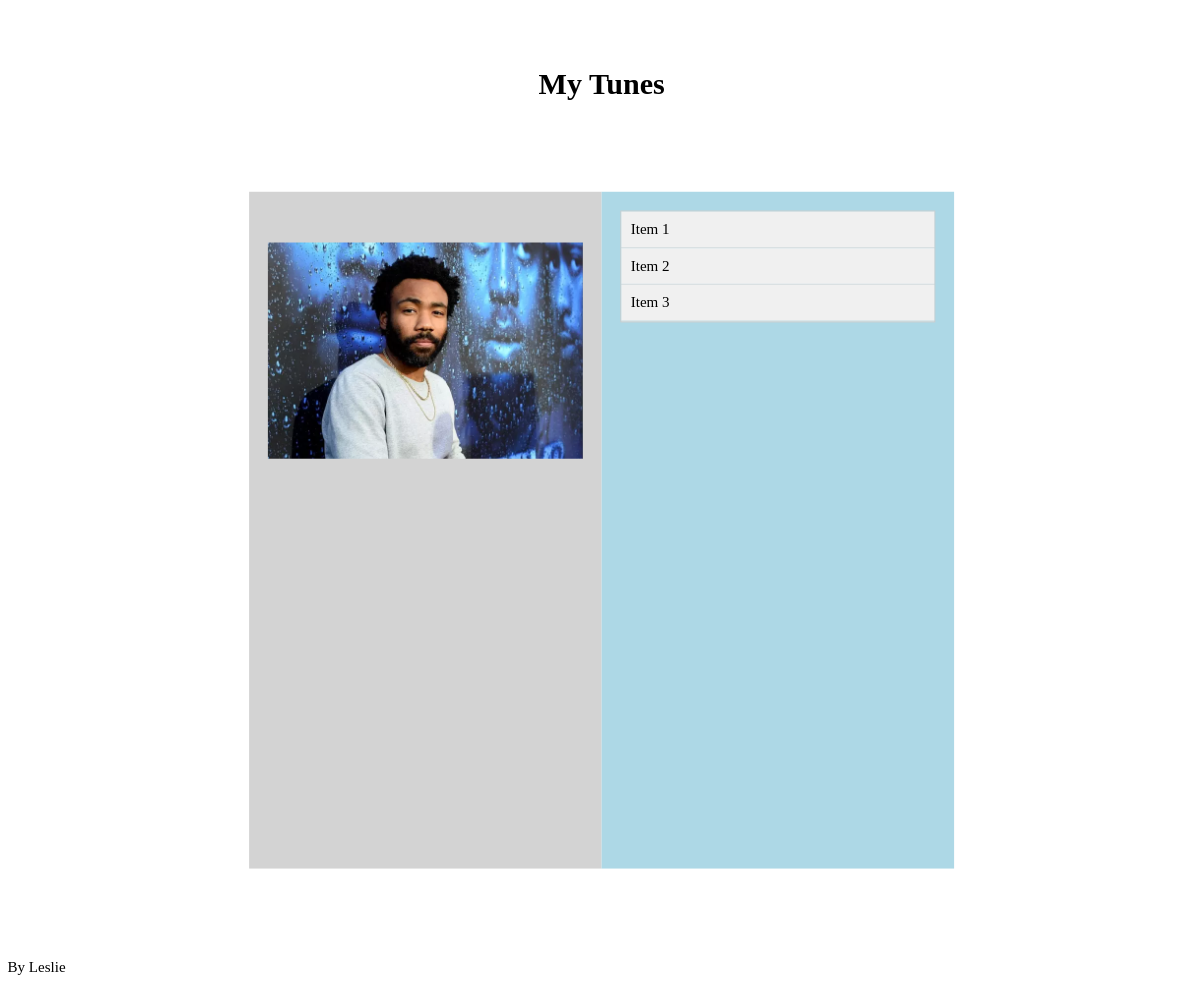
Repository: leslie179/labOne
Page: /
These files come from the project's save history. The page is drawn as it stood at one moment and after the next save; the edit follows.
The browser window is 1280 px wide. The pictures show the whole page, at 94% of full size.
The project was rebuilt for these pictures with package versions that can differ from the ones it lists, and the page was loaded fresh each time. The framework's server and built-in components were replaced by stand-ins that run in the browser. Also part of the build but not shown: next.config.js, components/Footer/Footer.module.css.

Above is the page before, as saved 2024-09-15 21:48:24.

### pages/index.js
import Head from 'next/head'
import styles from '@/styles/Home.module.css'
import Footer from '@/components/Footer'
import Header from '@/components/Header'
import LeftComponent from '@/components/LeftComponent'
import RightComponent from '@/components/RightComponent'

export default function Home() {
  return (
    <>
      <Head>
        <title>Create Next App</title>
        <meta name="description" content="Generated by create next app" />
        <meta name="viewport" content="width=device-width, initial-scale=1" />
        <link rel="icon" href="/favicon.ico" />
      </Head>
      <Header/>
      <main className={`${styles.main}`}>
      <div className={styles.container}>
      <div className={styles.left}>
                <LeftComponent />
            </div>
            <div className={styles.right}>
                <RightComponent />
            </div>
            </div>
      </main>
      <Footer/>
    </>
  )
}

### styles/globals.css
:root {


}

a {
  color: inherit;
  text-decoration: none;
}

### styles/Home.module.css
.main {
  display: flex;
  flex-direction: column;
  justify-content: space-between;
  align-items: center;
  padding: 6rem;
  min-height: 20vh;
}

.container {
  display: flex;
  width: 70%;
  height: 100vh;

}

.left, .right {
  width: 50%;
  padding: 20px;
  box-sizing: border-box;
}

.left {
  background-color: lightgray;
}

.right {
  background-color: lightblue;
}

### components/Footer/index.js
import styles from "./Footer.module.css"

export default function Footer() {
    return(
        <footer className={styles.Footer}>
            By Leslie
        </footer>
    )
}

### components/Header/index.js
import styles from './Header.module.css';


export default function Header() {
    return (
        <header className={styles.header}>
            <h1>My Tunes</h1>
        </header>
    );
}

### components/LeftComponent/index.js
import styles from './LeftComponent.module.css';

export default function LeftComponent() {
    return (
        <div>
            <img src="childish_icon.jpg" alt="Childish Icon" className={styles.image} />
        </div>
    );
}

### components/RightComponent/index.js
import styles from './RightComponent.module.css';
import { useState } from 'react';

export default function RightComponent() {
            const [activeIndex, setActiveIndex] = useState(null);

        const toggleAccordion = (index) => {
            setActiveIndex(activeIndex === index ? null : index);
        };

        return (
            <div className={styles.accordion}>
                {['Item 1', 'Item 2', 'Item 3'].map((item, index) => (
                    <div key={index} className={styles.item}>
                        <div
                            className={styles.title}
                            onClick={() => toggleAccordion(index)}
                        >
                            {item}
                        </div>
                        <div
                            className={`${styles.content} ${activeIndex === index ? styles.show : ''}`}
                        >
                            <p>This is the content for {item}.</p>
                        </div>
                    </div>
                ))}
            </div>
        );
    }

### components/Header/Header.module.css
.header {
    text-align: center;
    padding-top: 5%;
  }

  .header h1 {
    margin: 0;
    padding: 0;
    font-size: 2rem; /* Adjust as needed */
  }

### components/LeftComponent/LeftComponent.module.css
.left {
    width: 50%;
    background-color: lightgray;
    padding: 20px;
    box-sizing: border-box;
    height: 100vh;
    float: left;
}

.image{
    width: 100%;
    padding-top: 10%;
}

### components/RightComponent/RightComponent.module.css
.right {
    width: 50%;
    background-color: lightblue;
    padding: 20px;
    box-sizing: border-box;
    height: 100vh;
    float: right;
}

.accordion {
    border: 1px solid #ccc;
}

.item {
    border-bottom: 1px solid #ddd;
}

.title {
    cursor: pointer;
    padding: 10px;
    background-color: #f0f0f0;
}

.content {
    max-height: 0;
    overflow: hidden;
    transition: max-height 0.2s ease-out;
}

.show {
    max-height: 100px;
}

Loaded but not shown: pages/_app.js (common file); pages/_document.js (common file)

After the next save:
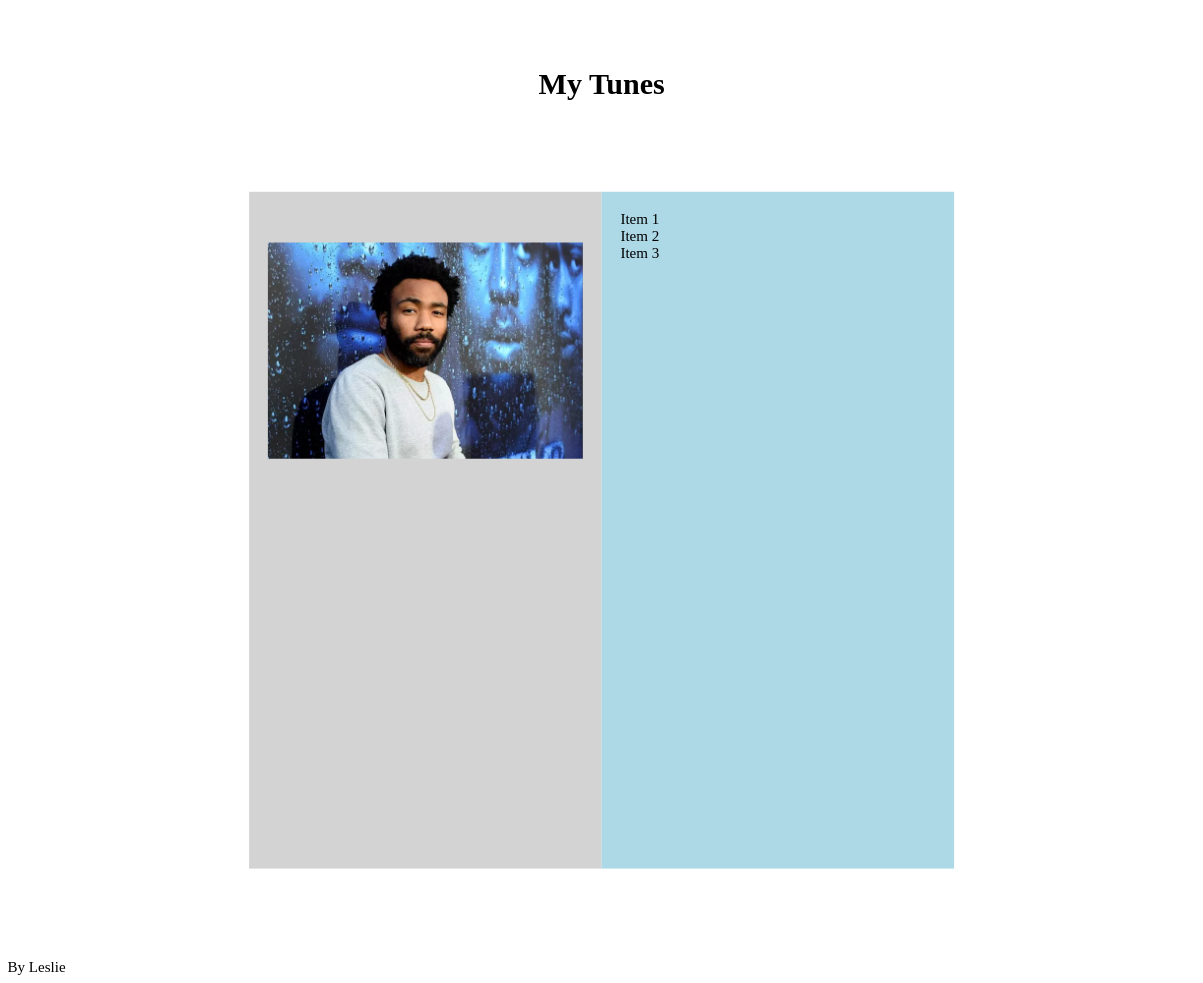
Saved 16 s later.
--- a/components/RightComponent/index.js
+++ b/components/RightComponent/index.js
@@ -2,29 +2,24 @@
 import { useState } from 'react';
 
 export default function RightComponent() {
-            const [activeIndex, setActiveIndex] = useState(null);
+    const [activeIndex, setActiveIndex] = useState(null);
 
-        const toggleAccordion = (index) => {
-            setActiveIndex(activeIndex === index ? null : index);
-        };
+    const toggleAccordion = (index) => {
+        setActiveIndex(activeIndex === index ? null : index);
+    };
 
-        return (
-            <div className={styles.accordion}>
-                {['Item 1', 'Item 2', 'Item 3'].map((item, index) => (
-                    <div key={index} className={styles.item}>
-                        <div
-                            className={styles.title}
-                            onClick={() => toggleAccordion(index)}
-                        >
-                            {item}
-                        </div>
-                        <div
-                            className={`${styles.content} ${activeIndex === index ? styles.show : ''}`}
-                        >
-                            <p>This is the content for {item}.</p>
-                        </div>
+    return (
+        <div>
+            {['Item 1', 'Item 2', 'Item 3'].map((item, index) => (
+                <div key={index}>
+                    <div onClick={() => toggleAccordion(index)}>
+                        {item}
                     </div>
-                ))}
-            </div>
-        );
-    }
+                    <div style={{ display: activeIndex === index ? 'block' : 'none' }}>
+                        <p>This is the content for {item}.</p>
+                    </div>
+                </div>
+            ))}
+        </div>
+    );
+}

After the save that followed:
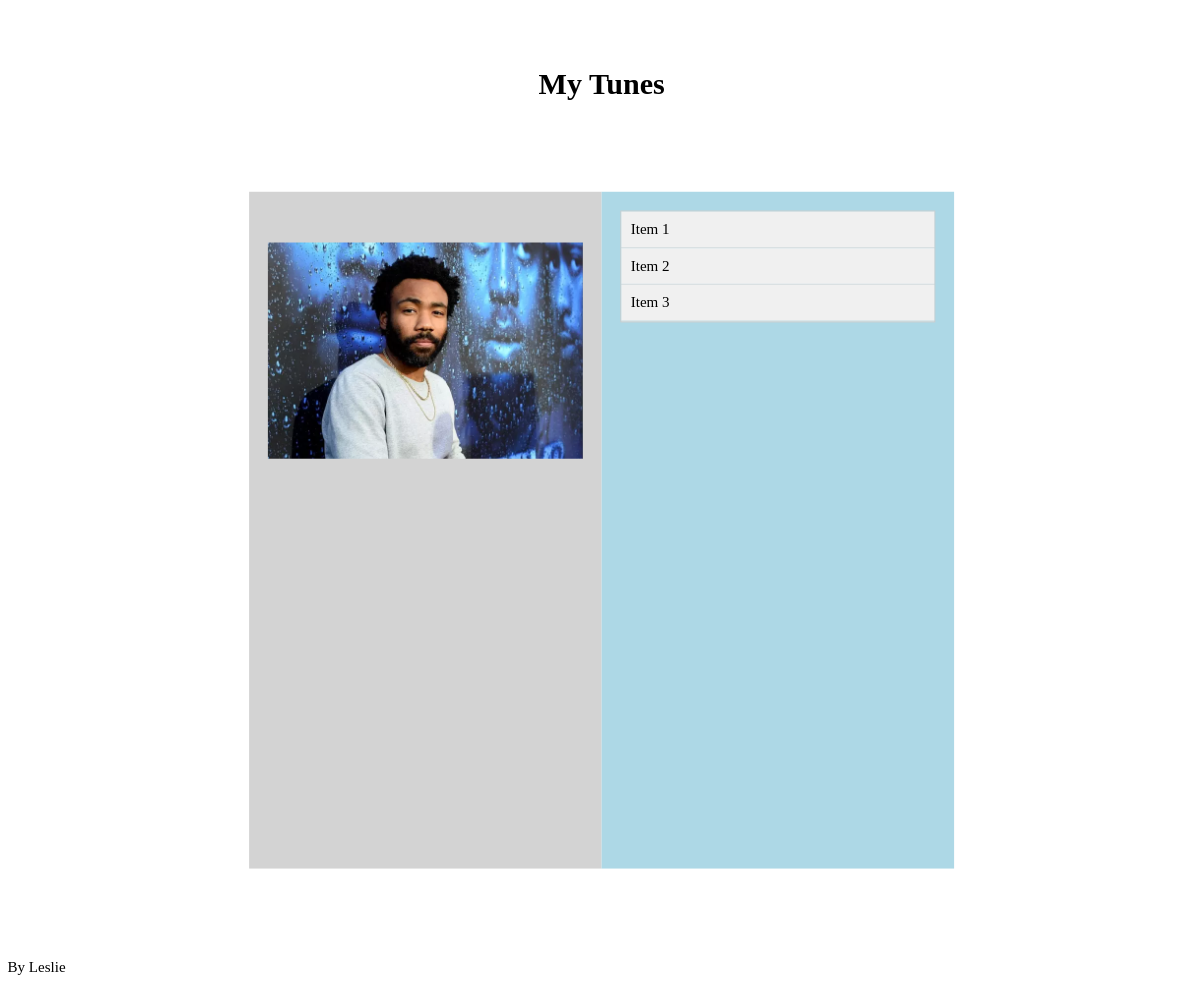
Saved 41 s later.
--- a/components/RightComponent/index.js
+++ b/components/RightComponent/index.js
@@ -9,13 +9,18 @@
     };
 
     return (
-        <div>
+        <div className={styles.accordion}>
             {['Item 1', 'Item 2', 'Item 3'].map((item, index) => (
-                <div key={index}>
-                    <div onClick={() => toggleAccordion(index)}>
+                <div key={index} className={styles.item}>
+                    <div
+                        className={styles.title}
+                        onClick={() => toggleAccordion(index)}
+                    >
                         {item}
                     </div>
-                    <div style={{ display: activeIndex === index ? 'block' : 'none' }}>
+                    <div
+                        className={`${styles.content} ${activeIndex === index ? styles.show : ''}`}
+                    >
                         <p>This is the content for {item}.</p>
                     </div>
                 </div>
